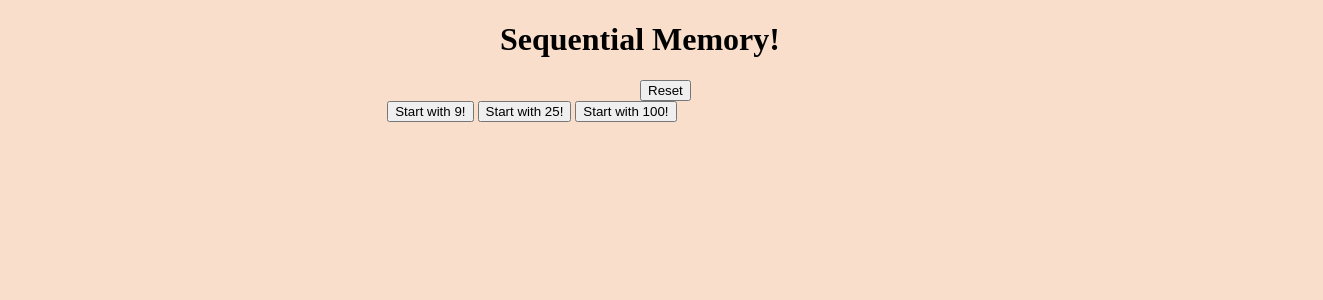
Repository: HyveMynd/htdocs
Page: PS1/MemoryNumbers.html
An editor plug-in stored every save of this project. The page is shown before and after the next save, followed by the edit.
The browser window is 1280 px wide. The page is 1323 px wide, so the pictures cover 1323 px, including what lies to the right of the window. The pictures show the whole page.
Some web libraries are served in a nearby version.

Above is the page before, as saved 2013-01-22 04:26:38.

After the next save:
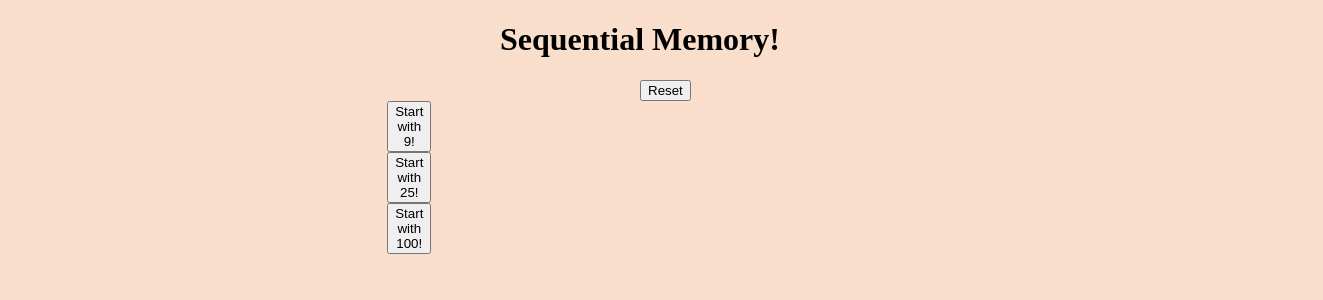
Saved 12 s later.
--- a/PS1/MemoryStyle.css
+++ b/PS1/MemoryStyle.css
@@ -21,7 +21,7 @@ p {text-align:center; font-size:30px}
 }
 .select {
 	margin-left:30%;
-	margin-right:30%;
+	margin-right:75%;
 }
 #reset {
 	margin-left:50%;
